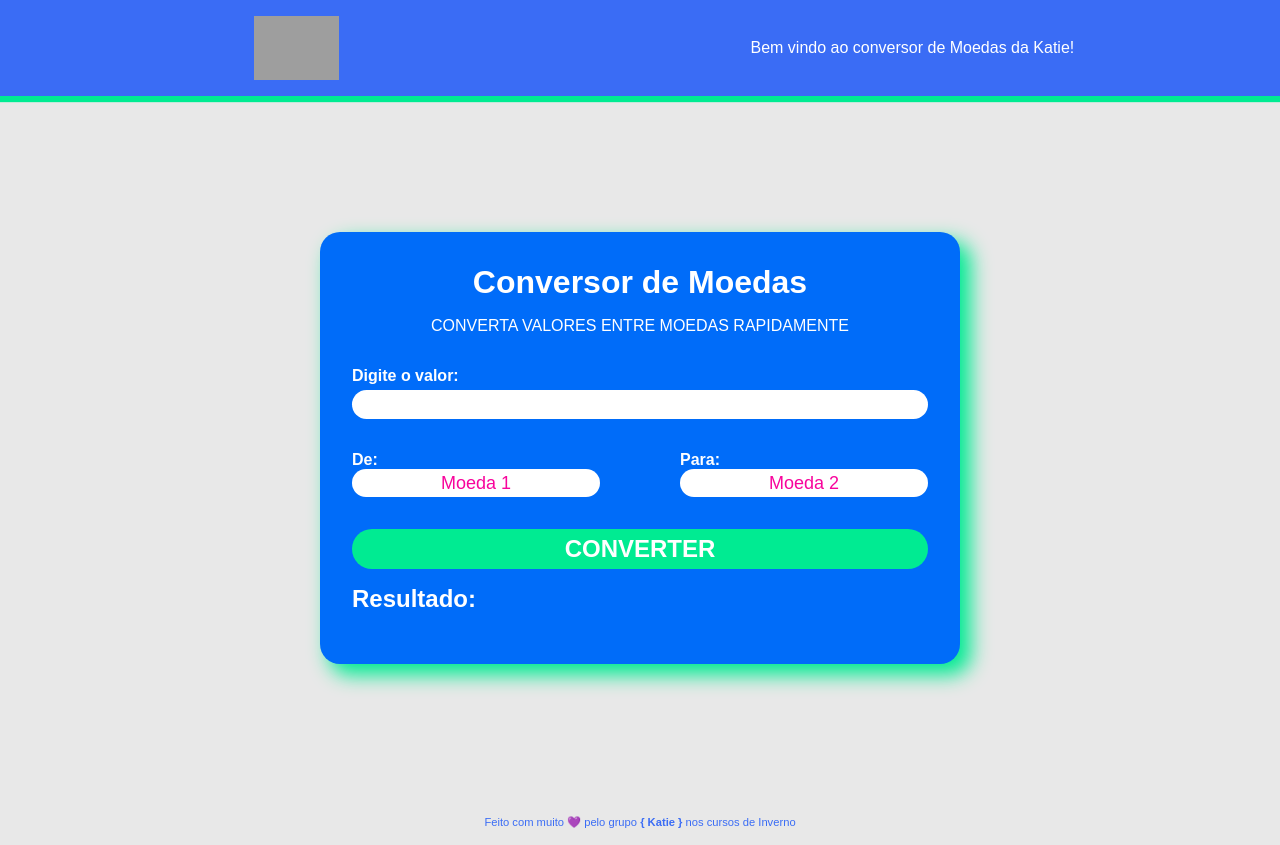
Repository: willamesalmeida/Conversor-de-Moedas
Page: index.html
An editor plug-in stored every save of this project. The page is shown before and after the next save, followed by the edit.
The browser window is 1280 px wide. The pictures show the whole page.
Pictures or frames that could not be fetched are drawn as grey boxes.

Above is the page before, as saved 2022-08-07 16:05:29.

### index.html
<!DOCTYPE html>
<html lang="pt-br">
<head>
    <meta charset="UTF-8" />
    <meta name="viewport" content="width=device-width, initial-scale=1.0">
    <link rel="stylesheet" href="./global.css">
    <link rel="stylesheet" href="./styles.css">
    <title>Conversor de moedas KATIE</title>
</head>
<body>
    <script src="script.js"></script>

    <header class="cabecalho">
        <img class="gif-katie" src="https://ic.ufal.br/extensao/katie/resources/logoanim.gif"/>
        <p class="saudacao">Bem vindo ao conversor de Moedas da Katie!</p>
    </header>
    <main class="container">
        <section class="card">
            <header>
                <h2 class="titulo">Conversor de Moedas</h2>
                CONVERTA VALORES ENTRE MOEDAS RAPIDAMENTE
            </header>

            <section class="valor">
                <label>Digite o valor:</label>
                <input type="number" id="valor_inicial">
            </section>

            <section class="conversao">
                <div  class="converter-de">
                    <label>De:</label>
                    <select name="moedasde" id="moedasde">
                        <option value="de">Moeda 1</option>
                        <option value="USD">Dolar</option>
                        <option value="BRL">Real</option>
                        <option value="EUR">Euro</option>
                      </select>
                </div>

                <div class="converter-para">
                    <label>Para:</label>
                    <select name="moedaspara" id="moedaspara">
                        <option value="para">Moeda 2</option>
                        <option value="USD">Dolar</option>
                        <option value="BRL">Real</option>
                        <option value="EUR">Euro</option>
                      </select>
                </div>

            </section>
            <button type="submit" onclick="Converter()">CONVERTER</button>
            <h1>Resultado:</h1>
            <span id="resultado" class="resultado"></span>

        </section>

    </main>

    <footer>
        Feito com muito &#128156 pelo grupo <strong>{ Katie }</strong> nos cursos de Inverno
    </footer>


</body>
</html>

### global.css
@import url('https://fonts.googleapis.com/css2?family=Roboto+Flex:opsz,wght@8..144,400;8..144,500&family=Roboto:ital,wght@0,100;0,300;0,400;0,500;0,700;0,900;1,100;1,300;1,400;1,500;1,700;1,900&display=swap');
:root {
  --rosa-katie: #f8049c;
  --amarelo-katie: #fdd54f;
  --cinza-katie: #1f1f24;
  --rosa-claro: #EF5AA7;
  --branco:  #ffffff;
  --blue: #3A6CF5;
  --gray:#E8E8E8;
  --grey2: #EBEBF3;
  --red:#FF0000;
  --greendark:#007560;
  --greenlight:#27EDC4;
  --greenciano:#51EFD0;
  --azul:#006CF9;
  --greengreen:#00EB92;
}

* {
  margin: 0;
  padding: 0;
  box-sizing: border-box;
}

body {
  font-family: 'Roboto ', sans-serif;
  font-family: 'Roboto Flex ', sans-serif;
  color: #ffffff;
  background-color: var(--gray);

}

### styles.css
.cabecalho {
  background: var(--blue);
  padding: 1rem 0;
}

.gif-katie {
  margin-left: 3rem;
  height: 4rem;
}
.cabecalho{
  display: flex;
  align-items: center;
  justify-content: space-around;
  box-shadow: 1px 1px 1px 5px var(--greengreen)
}

.saudacao {
  text-align: center;

}

.container {
  padding: 2.5rem 1rem;
}

.card {
  background: var(--azul);
  width: 40rem;
  height: 27rem;
  border-radius: 20px;
  padding: 2rem;
  margin: 6rem auto;
  box-shadow: 10px 10px 20px 1px var(--greengreen)
}

header h2 {

  font-size: 2rem;
}

.titulo {
  margin-bottom: 1rem;
}

.card header {
  text-align: center;
}

.valor {
  margin: 2rem 0;
  display: flex;
  flex-direction: column;
}

label {
  font-size: 1rem;
  font-weight: bold;
  margin-bottom: 0.3rem;
}

input,
select {
  -webkit-appearance: none;
  -moz-appearance: none;
  appearance: none;
  border: none;
  border-radius: 2rem;
  height: 1.8rem;
  width: 100%;
  background: var(--branco);
  color: var(--rosa-katie);
  outline: none;
  font-size: 18px;


}
select{
  text-align: center;
}
input {
    padding: 0.8rem;
}

.conversao {
    width: 100%;
    margin: 2rem 0;
    display: flex;
    flex-direction: row;
  }

.converter-de,
.converter-para {
  width: 100%;
}

.converter-de {
  margin-right: 2.5rem;
}

.converter-para {
  margin-left: 2.5rem;
}

button {
  background: var(--greengreen);
  border: none;
  border-radius: 2rem;
  width: 100%;
  height: 2.5rem;
  cursor: pointer;
  color: var(--branco);
  font-weight: bold;
  font-size: 1.5rem;
  transition: 0.5s;
  margin-bottom: 1rem;
}

#resultado {
    font-weight: bold;
    color: var(--amarelo-katie);
    font-size: 1.5rem;
    text-align: center;
}

button:hover {
  filter: brightness(0.8);
}

footer {
    margin: 1rem 0;
    color: var(--blue);
    font-size: 0.70rem;
    text-align: center;
}

### script.js
function Converter() {
  let input = parseFloat(document.getElementById("valor_inicial").value);
  let output = document.getElementById("resultado");
  let de = document.getElementById("moedasde");
  let para = document.getElementById("moedaspara");

  console.log(de.value);

  //Reais
  if (de.value == "BRL" && para.value != "Moeda 2") {
    let valorEmReais = input;
    let valor;
    if (para.value == "BRL") {
      valor = "O valor em reais é: R$" + valorEmReais.toFixed(2);
    } else if (para.value == "EUR") {
      valor = "O valor em euros é: €" + (valorEmReais * 0.1885).toFixed(2);
    } else if (para.value == "USD") {
      valor = "O valor em dólar é: $" + (valorEmReais * 0.1917).toFixed(2);
    }
    output.innerHTML = valor;
  } else if (de.value == "EUR" && para.value != "Moeda 2") {
    let valorEmEuros = input;
    let valor;

    if (para.value == "EUR") {
      valor = "O valor em euros é: €" + valorEmEuros.toFixed(2);
    } else if (para.value == "USD") {
      valor = "O valor em dólar é: $" + (valorEmEuros * 1.0167).toFixed(2);
    } else if (para.value == "BRL") {
      valor = "O valor em reais é: R$" + (valorEmEuros * 5.303).toFixed(2);
    }
    output.innerHTML = valor;
  } else if (de.value == "USD" && para.value != "Moeda 2") {
    console.log("entrou no else is do dolar");
    let valorEmDolar = input;
    let valor;

    if (para.value == "USD") {
      valor = "O valor em dólar é: $" + valorEmDolar.toFixed(2);
    } else if (para.value == "BRL") {
      valor = "O valor em dólar é: R$" + (valorEmDolar * 5.2159).toFixed(2);
    } else if (para.value == "EUR") {
      valor = "O valor em dólar é: €" + (valorEmDolar * 0.9832).toFixed(2);
    }
    output.innerHTML = valor;
  } else {
    output.innerHTML = "";
  }
}

After the next save:
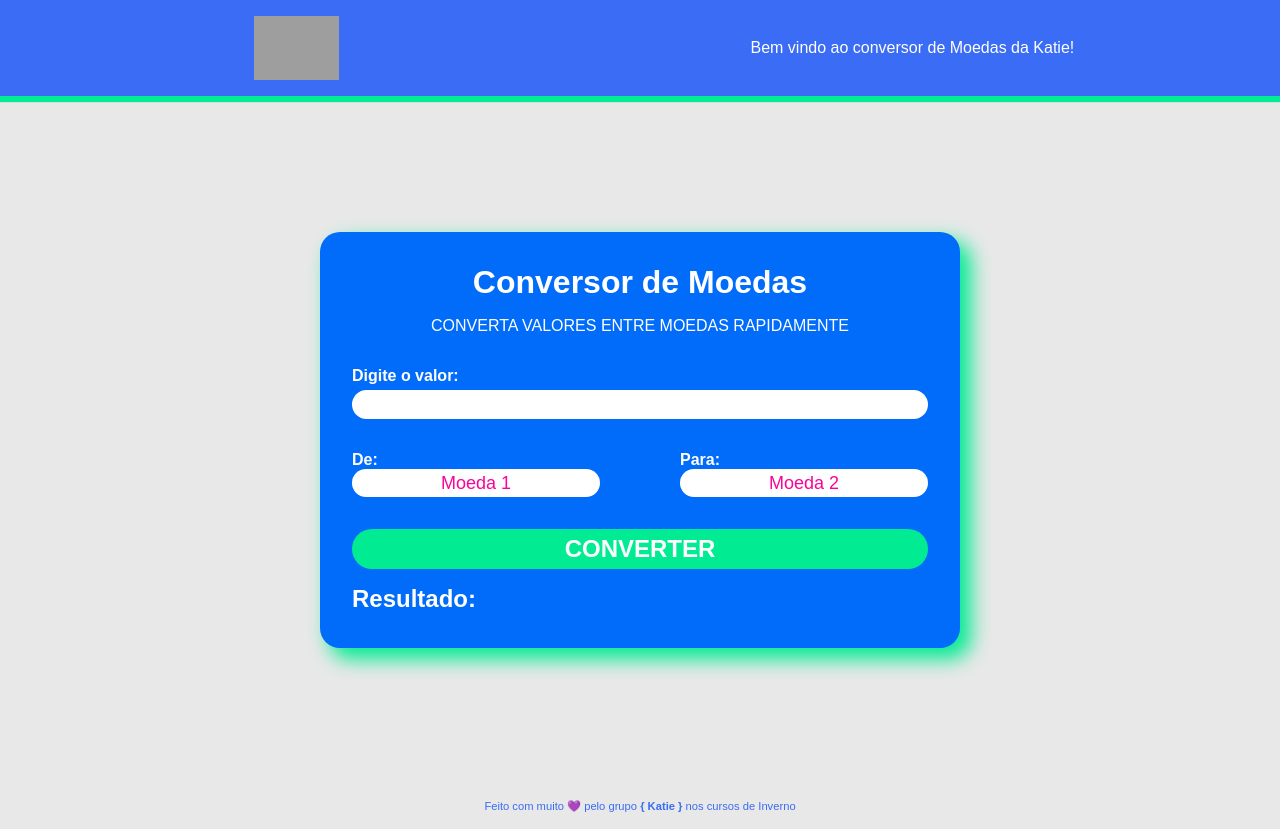
Saved 10 min 10 s later.
--- a/styles.css
+++ b/styles.css
@@ -26,7 +26,7 @@
 .card {
   background: var(--azul);
   width: 40rem;
-  height: 27rem;
+  height: 26rem;
   border-radius: 20px;
   padding: 2rem;
   margin: 6rem auto;
